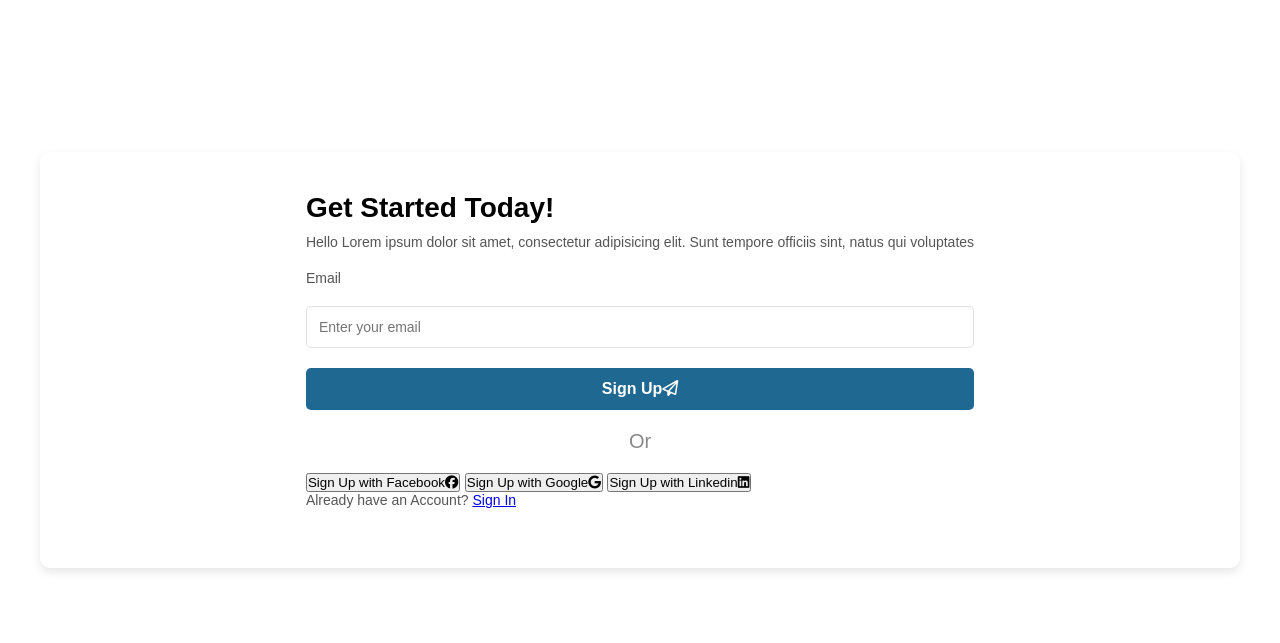
Repository: Femi007-gh/Login-V2
Page: index.html
An editor plug-in stored every save of this project. The page is shown before and after a run of saves, followed by the edit.
The browser window is 1280 px wide. The pictures show the whole page.

Above is the page before, as saved 2025-01-27 07:42:44.

After the next 4 saves:
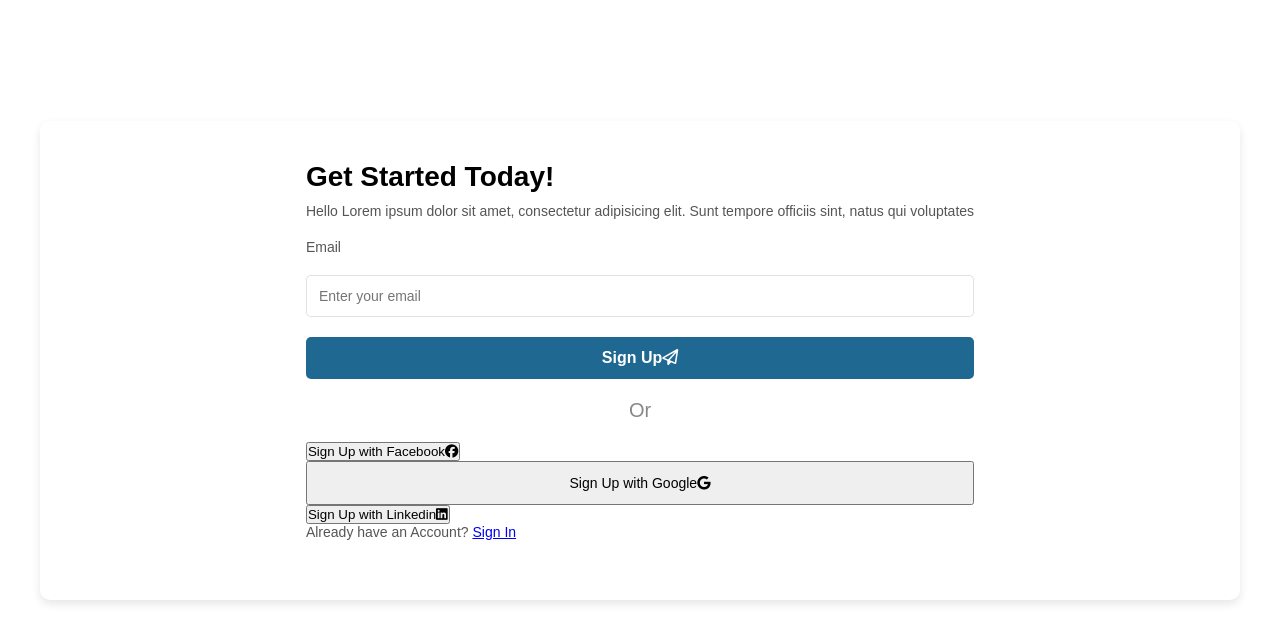
The 4 saves are shown as one change because they came seconds apart.
The last was saved 13 s later.
--- a/index.html
+++ b/index.html
@@ -22,7 +22,7 @@
                         <button class="social-btn-facebook-btn">
                             Sign Up with Facebook<i class="fa-brands fa-facebook"></i>
                         </button>
-                        <button class="social-buttons-google-btn">
+                        <button class="social-btn google-btn">
                             Sign Up with Google<i class="fa-brands fa-google"></i>
                         </button>
                         <button class="social-buttons-Linkedin-btn">
